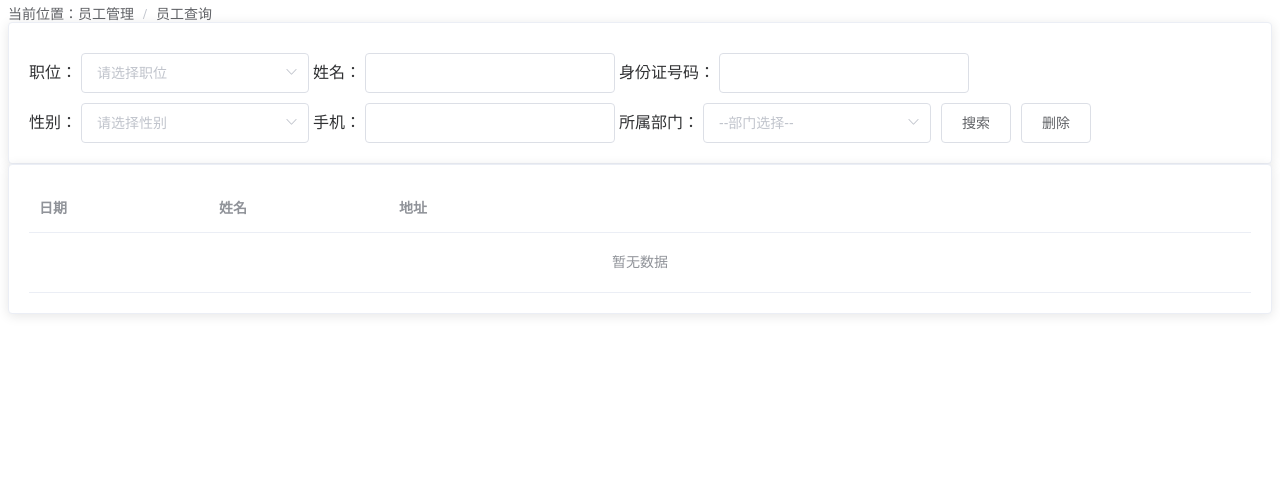
Repository: YUNjwyao/vue_hrm
Page: /#/employee
An editor plug-in stored every save of this project. The page is shown before and after the next save, followed by the edit.
The browser window is 1280 px wide. The pictures show the whole page.
The project was rebuilt for these pictures with package versions that can differ from the ones it lists, and the page was loaded fresh each time.

Above is the page before, as saved 2020-10-15 19:25:06.

After the next save:
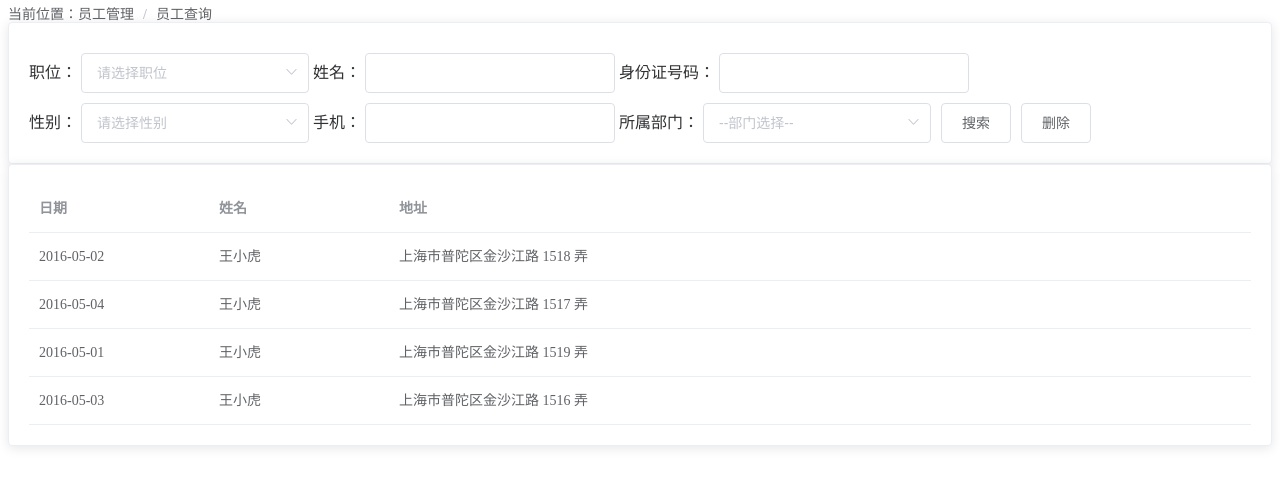
Saved 44 s later.
--- a/src/components/Employee/EmployeeQuery.vue
+++ b/src/components/Employee/EmployeeQuery.vue
@@ -107,7 +107,24 @@ export default {
           value: "选项2",
           label: "运营部",
         },
-      ]
+	  ],
+	   tableData: [{
+            date: '2016-05-02',
+            name: '王小虎',
+            address: '上海市普陀区金沙江路 1518 弄'
+          }, {
+            date: '2016-05-04',
+            name: '王小虎',
+            address: '上海市普陀区金沙江路 1517 弄'
+          }, {
+            date: '2016-05-01',
+            name: '王小虎',
+            address: '上海市普陀区金沙江路 1519 弄'
+          }, {
+            date: '2016-05-03',
+            name: '王小虎',
+            address: '上海市普陀区金沙江路 1516 弄'
+          }]
     };
   },
 };
